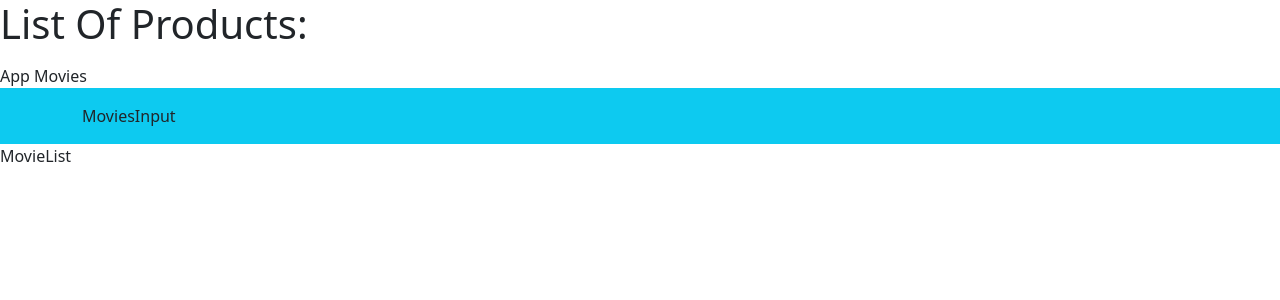
Repository: saargold/reactTest
Page: /movies
These files come from the project's save history. The page is drawn as it stood at one moment and after the next save; the edit follows.
The browser window is 1280 px wide. The pictures show the whole page.
The page's requests for data from a server got no answer. The project was rebuilt for these pictures with package versions that can differ from the ones it lists, and the page was loaded fresh each time. No one was signed in, and anything a server would have sent is missing. Also part of the build but not shown: src/App.css.

Above is the page before, as saved 2022-09-07 12:43:35.

### src/App.js
import logo from './logo.svg';
import './App.css';
import Apicomp from './api/Apicomp';
import AppMovies from './components/AppMovies';
function App() {
  return (
    <div className="App">
    <Apicomp/>
    <AppMovies/>
    </div>
  );
}

export default App;

### src/api/Apicomp.js
import React,{useEffect, useState} from 'react'

function Apicomp() {
    let [ar,setAr] = useState([]);
    useEffect(()=>{
        doApi()
        },[]);
        const doApi = async()=>{
        let url= "http://fs1.co.il/bus/shop.php";
        let response = await fetch(url);
        let data = await response.json();
        console.log(data);
        setAr(data);

            }
  return (
    <div>
    <h1>List Of Products:</h1>
    <ul>
        {ar.map(item =>{
            return(
            <li  key={item.id}>
                {item.name} - {item.price} Nis
            </li>
            )
        })}
    </ul>

    </div>
  )
}

export default Apicomp

### src/components/AppMovies.js
import React from 'react'
import { MoviesInput } from '../input/MoviesInput'
import { MovieList } from './MovieList'

function AppMovies() {
  return (
    <div>
      App Movies
      <MoviesInput/>
      <MovieList/>
    </div>
  )
}

export default AppMovies

### src/input/MoviesInput.js
import React from 'react'

export const MoviesInput = () => {
  return (
    <div className='container-fluid bg-info p-3'>
    <div className='container'>

    MoviesInput
    </div>


    </div>
  )
}

### src/components/MovieList.js
import React from 'react'

export const MovieList = (props) => {
  return (
    <div>MovieList</div>
  )
}

Loaded but not shown: public/index.html (common file); src/index.js (common file); src/index.css (common file); src/reportWebVitals.js (common file)

After the next save:
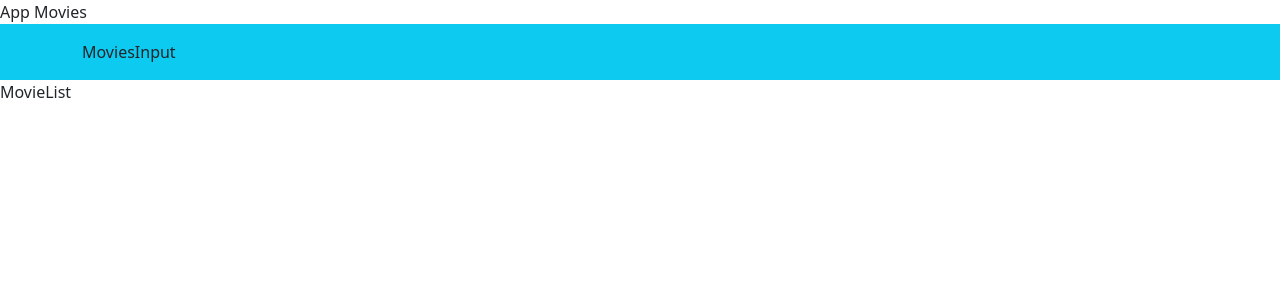
Saved 44 s later.
--- a/src/App.js
+++ b/src/App.js
@@ -5,7 +5,7 @@ import AppMovies from './components/AppMovies';
 function App() {
   return (
     <div className="App">
-    <Apicomp/>
+    {/* <Apicomp/> */}
     <AppMovies/>
     </div>
   );
